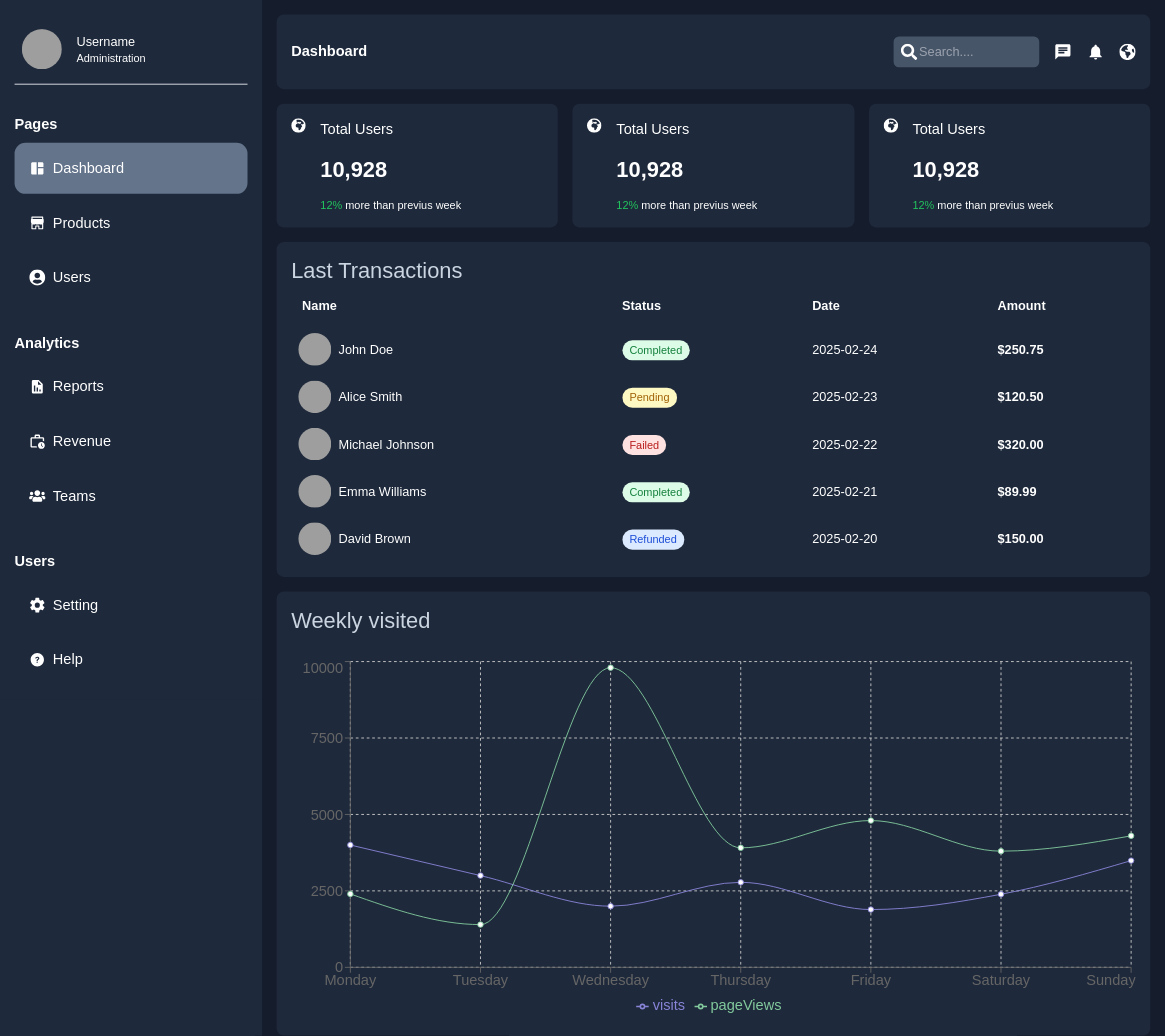
Repository: Than-sothearak/next-computer-admin
Page: /dashboard
An editor plug-in stored every save of this project. The page is shown before and after the next save, followed by the edit.
The browser window is 1280 px wide. The pictures show the whole page, at 91% of full size.
Pictures or frames that could not be fetched are drawn as grey boxes. The project was rebuilt for these pictures with package versions that can differ from the ones it lists, and the page was loaded fresh each time. The framework's server and built-in components were replaced by stand-ins that run in the browser. Also part of the build but not shown: next.config.mjs.

Above is the page before, as saved 2025-02-24 23:50:30.

### app/layout.js
import { Geist, Geist_Mono } from "next/font/google";
import "./globals.css";

const geistSans = Geist({
  variable: "--font-geist-sans",
  subsets: ["latin"],
});

const geistMono = Geist_Mono({
  variable: "--font-geist-mono",
  subsets: ["latin"],
});

export const metadata = {
  title: "Computer shop admin",
  description: "Computer shop admin",
};

export default function RootLayout({ children }) {
  return (
    <html lang="en">
      <body
        className={`${geistSans.variable} ${geistMono.variable} antialiased`}
      >
        {children}
      </body>
    </html>
  );
}

### app/dashboard/layout.js
import { Navbar } from "@/components/dashboard/navbar/navbar";
import { Sidebar } from "@/components/dashboard/sidebar/sidebar";

export default function DashboardLayout({ children }) {
  return (
    <div className="flex">
      <div className="bg-slate-800">
        <Sidebar />
      </div>
      <div className="w-full mt-4 mx-4">
        <Navbar />
        <div>{children}</div>
      </div>
    </div>
  );
}

### app/dashboard/page.js
import LastTransactionComponent from "@/components/LastTransactionsComponent";
import LineChartComponent from "@/components/LineChartComponent";
import { FaEarthAfrica } from "react-icons/fa6";
const DashboardPage = () => {
  return (
    <>
      <div className="mt-4 rounded-lg flex max-sm:flex-wrap gap-4">
        <div className="w-full justify-start items-start flex gap-4 p-4 bg-slate-800 rounded-lg ">
          <div>
            <FaEarthAfrica />
          </div>
          <div className="flex flex-col gap-4">
            <h2>Total Users</h2>
            <h1 className="text-2xl font-bold">10,928</h1>
            <p className="text-green-500 text-xs">
              12% <span className="text-white">more than previus week</span>
            </p>
          </div>
        </div>

        <div className="w-full justify-start items-start flex gap-4 p-4 bg-slate-800 rounded-lg ">
          <div>
            <FaEarthAfrica />
          </div>
          <div className="flex flex-col gap-4">
            <h2>Total Users</h2>
            <h1 className="text-2xl font-bold">10,928</h1>
            <p className="text-green-500 text-xs">
              12% <span className="text-white">more than previus week</span>
            </p>
          </div>
        </div>

        <div className="w-full justify-start items-start flex gap-4 p-4 bg-slate-800 rounded-lg ">
          <div>
            <FaEarthAfrica />
          </div>
          <div className="flex flex-col gap-4">
            <h2>Total Users</h2>
            <h1 className="text-2xl font-bold">10,928</h1>
            <p className="text-green-500 text-xs">
              12% <span className="text-white">more than previus week</span>
            </p>
          </div>
        </div>
      </div>

      <LastTransactionComponent />

      <LineChartComponent />
    </>
  );
};

export default DashboardPage;

### app/globals.css
@tailwind base;
@tailwind components;
@tailwind utilities;

:root {
    --bg: #151c2c;
    --bgSoft: #182237;
    --text: white;
    --textSoft: #b7bac1;
}

*{
    margin:  0;
    padding: 0;
    box-sizing: border-box;
    font-family:Arial, Helvetica, sans-serif
}

body {
    background-color: var(--bg);
    color: var(--text);
}

a {
    color: inherit;
    text-decoration: none;
}

### components/dashboard/navbar/navbar.js
"use client"
import { FaSearch } from "react-icons/fa";
import { MdChat, MdNotifications } from "react-icons/md";
import { FaEarthAmericas } from "react-icons/fa6";
import { usePathname } from "next/navigation";
export const Navbar = () => {
  const pathName = usePathname()
  return (
    <div className="bg-slate-800 py-6 px-4 rounded-lg w-full flex justify-between items-center">
      <div>
        <h2 className="capitalize font-bold">{pathName.split("/").pop()}</h2>
      </div>
      <div className="flex gap-4 items-center">
        <div className="bg-slate-600 rounded-md w-40 flex relative items-center justify-start pl-2 gap-2 py-2">
          <FaSearch size={18}/>
          <input
            type="text"
            placeholder="Search...."
            className="w-28 text-sm border-none outline-none ring-0 focus:ring-0 focus:outline-none bg-transparent absolute top-0 bottom-0 left-7 overflow-hidden"
          />
        </div>
        <div className="cursor-pointer"><MdChat size={20}/></div>
        <div className="cursor-pointer"><MdNotifications size={20}/></div>
        <div className="cursor-pointer"><FaEarthAmericas size={18}/></div>
      </div>
    </div>
  );
};

### components/dashboard/sidebar/sidebar.js
"use client"
import { useState } from "react";
import { analyticNavigation, pageNavigation, userNavigation } from "@/lib/navLinks";
import { SidebarList } from "@/components/SidebarList";
import { IoMdMenu } from "react-icons/io";
import { IoClose } from "react-icons/io5";
import { SidebarListMobile } from "@/components/SidebarListMobile";

export const Sidebar = () => {
  const [isOpen, setIsOpen] = useState(false);

  return (
    <>

      <div className="mt-2 flex justify-center items-center lg:hidden">
      <span className="text-white text-lg font-semibold"></span>
        <button
          onClick={() => setIsOpen(true)}
          aria-label="Open Sidebar"
          title="Open Sidebar"
        >
          <IoMdMenu size={28} />
        </button>
      </div>
    {/* Mobile side */}
      <div className="lg:hidden ml-1 mt-4 z-50">
        <SidebarListMobile navList={pageNavigation}/>
        <SidebarListMobile navList={analyticNavigation} />
        <SidebarListMobile navList={userNavigation} />
      </div>


      <div
        className={`bg-slate-800 p-4 w-72 fixed top-0 left-0 z-50 transform transition-transform  duration-700 ease-in-out
          ${isOpen ? "translate-x-0" : "-translate-x-full"} lg:translate-x-0 lg:static max-sm:w-full
        `}
      >

        <div className="flex justify-between items-center  lg:hidden">
          <span className="text-white text-lg font-semibold">Menu</span>
          <button
            onClick={() => setIsOpen(false)}
            aria-label="Close Sidebar"
            title="Close Sidebar"
            className="text-white"
          >
            <IoClose size={28} />
          </button>
        </div>


        <div className="cursor-pointer flex items-center gap-4 px-2 py-4 text-white">
          <img className="w-11 h-11 bg-cover rounded-full"src="https://static.vecteezy.com/system/resources/previews/005/544/718/non_2x/profile-icon-design-free-vector.jpg"/>
          <div className="">
            <h1 className="text-sm">Username</h1>
            <p className="text-xs">Administration</p>

          </div>

          </div>
          <hr />

        <SidebarList navList={pageNavigation} />
        <SidebarList navList={analyticNavigation} />
        <SidebarList navList={userNavigation} />
      </div>

      {/* Overlay (closes sidebar when clicked) */}
      {isOpen && (
        <div
          className="fixed inset-0 bg-black bg-opacity-50 lg:hidden"
          onClick={() => setIsOpen(false)}
        />
      )}
    </>
  );
};

### components/LastTransactionsComponent.js
import { latestTransactions } from "@/data/lastTransactions";

export default function LastTransactionComponent () {

    const statusColors = {
        Completed: "bg-green-100 text-green-700",
        Pending: "bg-yellow-100 text-yellow-700",
        Failed: "bg-red-100 text-red-700",
        Refunded: "bg-blue-100 text-blue-700",
      };
    return (
        <div className="mt-4 rounded-lg bg-slate-800 p-4">
        <h1 className="text-2xl text-slate-300">Last Transactions</h1>
        <div>
        <table className="w-full rounded-lg overflow-hidden">
          <thead className="text-sm">
            <tr>
              <th className="p-3 text-left">Name</th>
              <th className="p-3 text-left">Status</th>
              <th className="p-3 text-left">Date</th>
              <th className="p-3 text-left">Amount</th>
            </tr>
          </thead>
          <tbody className="text-sm">
            {latestTransactions.map((transaction, index) => (
              <tr
                key={index}
                className=" transition-all"
              >
                <td className="p-2 flex gap-2 items-center"><img className="object-cover w-9 h-9 rounded-full " src="https://wac-cdn.atlassian.com/dam/jcr:ba03a215-2f45-40f5-8540-b2015223c918/Max-R_Headshot%20(1).jpg?cdnVersion=2574"/>{transaction.name}</td>
                <td className="p-3">
                  <span
                    className={`px-2 py-1 rounded-full text-xs font-medium ${
                      statusColors[transaction.status] || "bg-gray-100 text-gray-700"
                    }`}
                  >
                    {transaction.status}
                  </span>
                </td>
                <td className="p-3">{transaction.date}</td>
                <td className="p-3 font-semibold">${transaction.amount.toFixed(2)}</td>
              </tr>
            ))}
          </tbody>
        </table>
        </div>
      </div>
    )


}

### components/LineChartComponent.js
"use client"
import { LineChart, Line, XAxis, YAxis, CartesianGrid, Tooltip, Legend, ResponsiveContainer } from 'recharts';

const data = [
  {
    name: 'Monday',
    visits: 4000,
    pageViews: 2400,
    bounceRate: 2400,
  },
  {
    name: 'Tuesday',
    visits: 3000,
    pageViews: 1398,
    bounceRate: 2210,
  },
  {
    name: 'Wednesday',
    visits: 2000,
    pageViews: 9800,
    bounceRate: 2290,
  },
  {
    name: 'Thursday',
    visits: 2780,
    pageViews: 3908,
    bounceRate: 2000,
  },
  {
    name: 'Friday',
    visits: 1890,
    pageViews: 4800,
    bounceRate: 2181,
  },
  {
    name: 'Saturday',
    visits: 2390,
    pageViews: 3800,
    bounceRate: 2500,
  },
  {
    name: 'Sunday',
    visits: 3490,
    pageViews: 4300,
    bounceRate: 2100,
  },
];



export default function LineChartComponent() {
    return (
      <div className='mt-4 p-4 bg-slate-800 rounded-lg'>
        <h1 className="text-2xl text-slate-300">Weekly visited</h1>
        <div className='mt-6'>
        <ResponsiveContainer width="100%" height={400}>
        <LineChart data={data}>
          <CartesianGrid strokeDasharray="3 3" />
          <XAxis dataKey="name" />
          <YAxis />
          <Tooltip />
          <Legend />
          <Line type="monotone" dataKey="visits" stroke="#8884d8" />
          <Line type="monotone" dataKey="pageViews" stroke="#82ca9d" />
        </LineChart>
      </ResponsiveContainer>
        </div>
      </div>
    );
  }

### lib/navLinks.js
import { MdSpaceDashboard } from "react-icons/md";
import { AiFillShop } from "react-icons/ai"; // Replace with correct icon if needed
import { FaUserCircle, FaUsers } from "react-icons/fa";
import { BiSolidReport } from "react-icons/bi";
import { MdOutlineWorkHistory } from "react-icons/md";
import { IoSettingsSharp } from "react-icons/io5";
import { IoIosHelpCircle } from "react-icons/io";

export const pageNavigation = {
  name: "Pages",
  links: [ {
    path: "/dashboard",
    name: "Dashboard",
    icon: <MdSpaceDashboard size={18} />,
  },
  {
    path: "/dashboard/products",
    name: "Products",
    icon: <AiFillShop size={18} />,
  },
  {
    path: "/dashboard/users",
    name: "Users",
    icon: <FaUserCircle size={18} />,
  },]
}

export const analyticNavigation = {
  name: "Analytics",
  links: [
    {
      path: "/reports",
      name: "Reports",
      icon: <BiSolidReport size={18} />,
    },
    {
      path: "/revenue",
      name: "Revenue",
      icon: <MdOutlineWorkHistory size={18} />,
    },
    {
      path: "/dashboard/teams",
      name: "Teams",
      icon: <FaUsers size={18} />,
    },
  ]
}

export const userNavigation = {
  name: "Users",
  links: [
    {
      path: "/setting",
      name: "Setting",
      icon: <IoSettingsSharp size={18} />,
    },
    {
      path: "/help",
      name: "Help",
      icon: <IoIosHelpCircle size={18} />,
    },

  ]
}

  ;

### components/SidebarList.js
"use client"
import Link from 'next/link'
import { usePathname } from 'next/navigation';

export const SidebarList = ({navList}) => {
    const pathName = usePathname();
  return (
    <div className="mt-8 font-bold">
    {navList.name}
    <ul className="flex flex-col gap-1 mt-2 cursor-pointer">
      {navList.links.map((item) => (
        <Link
        title={item.name}
          href={item.path}
          key={item.path}
          className={`hover:bg-slate-700 flex gap-2 justify-start items-center ${
            pathName === item.path ? "bg-slate-500 hover:bg-slate-500" : "bg-balck "
          } rounded-xl px-4 py-4`}
        >
          <div>{item.icon}</div>
          <h2 className='font-normal'>{item.name}</h2>
        </Link>
      ))}
    </ul>
  </div>
  )
}

### components/SidebarListMobile.js
"use client"
import Link from 'next/link'
import { usePathname } from 'next/navigation';

export const SidebarListMobile = ({navList}) => {
    const pathName = usePathname();
  return (
    <div className="mt-4 z-10">
    <ul className="flex flex-col gap-1 mt-2 cursor-pointer">
      {navList.links.map((item) => (
        <Link
        title={item.name}
          href={item.path}
          key={item.path}
          className={` flex gap-2 justify-start items-center hover:bg-slate-700 ${
            pathName === item.path ? "bg-slate-500 hover:bg-slate-500" : "bg-balck "
          } rounded-xl px-4 py-4`}
        >
          <div>{item.icon}</div>

        </Link>
      ))}
    </ul>
  </div>
  )
}

### data/lastTransactions.js
export const latestTransactions = [
    {
      name: "John Doe",
      status: "Completed",
      date: "2025-02-24",
      amount: 250.75,
    },
    {
      name: "Alice Smith",
      status: "Pending",
      date: "2025-02-23",
      amount: 120.50,
    },
    {
      name: "Michael Johnson",
      status: "Failed",
      date: "2025-02-22",
      amount: 320.00,
    },
    {
      name: "Emma Williams",
      status: "Completed",
      date: "2025-02-21",
      amount: 89.99,
    },
    {
      name: "David Brown",
      status: "Refunded",
      date: "2025-02-20",
      amount: 150.00,
    },

  ];

Loaded but not shown: tailwind.config.mjs (common file)

After the next save:
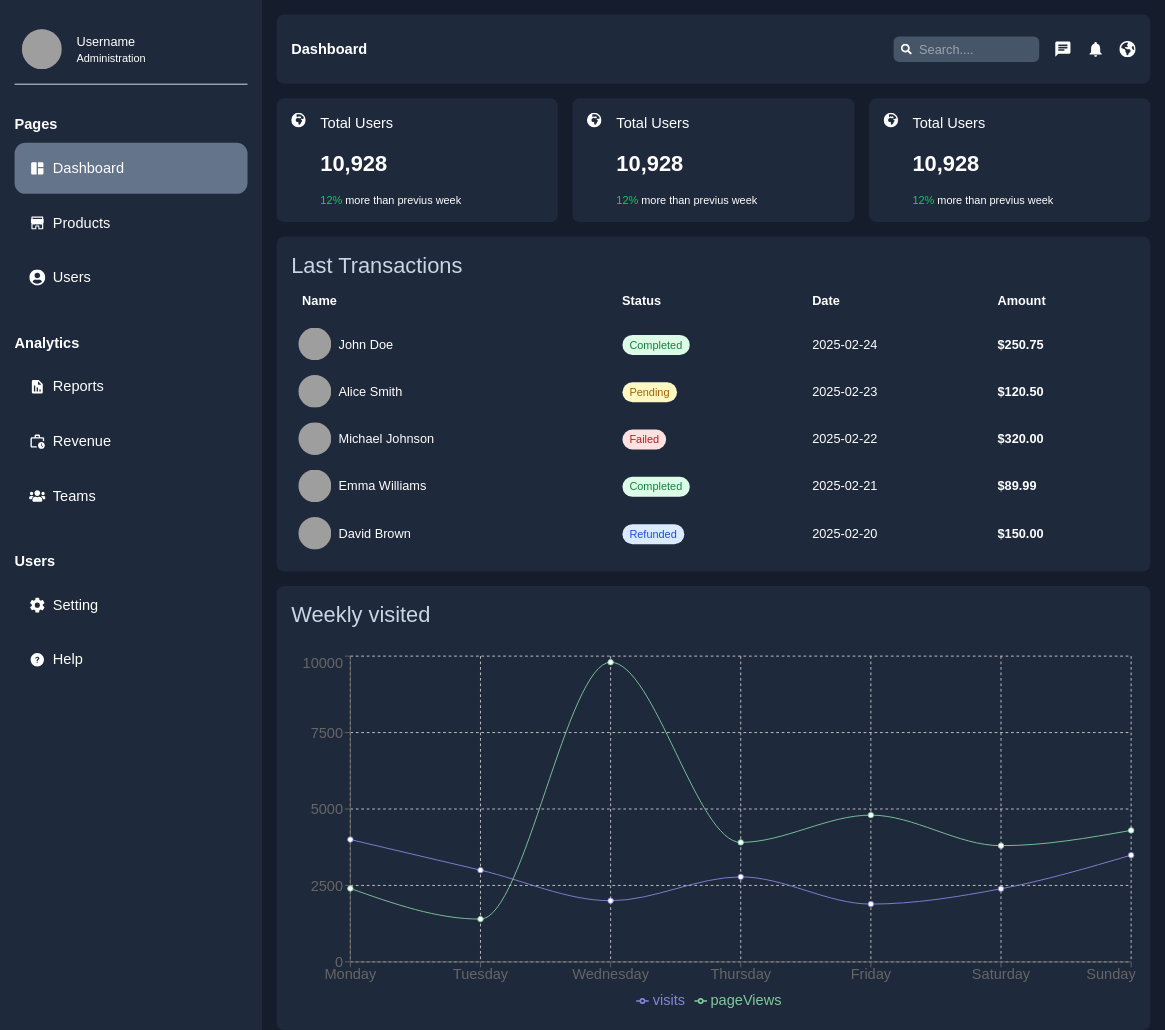
Saved 4 s later.
--- a/components/dashboard/navbar/navbar.js
+++ b/components/dashboard/navbar/navbar.js
@@ -12,7 +12,7 @@ export const Navbar = () => {
       </div>
       <div className="flex gap-4 items-center">
         <div className="bg-slate-600 rounded-md w-40 flex relative items-center justify-start pl-2 gap-2 py-2">
-          <FaSearch size={18}/>
+          <FaSearch size={12}/>
           <input
             type="text"
             placeholder="Search...."
